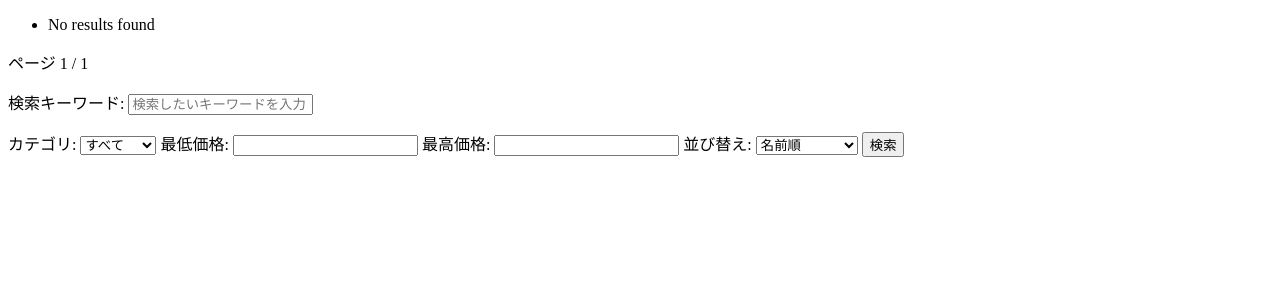
Repository: mamesuke7274/2024_kouki_kuwayamasyoutarou
Page: http://localhost/
These files come from the project's save history. The page is drawn as it stood at one moment and after a run of saves; the edit follows.
The browser window is 1280 px wide. The pictures show the whole page.
The page is served by the project's application, run on Django 4.2 (manage.py). Queries for data that is not in the repository find no rows.

Above is the page before, as saved 2024-10-16 16:44:48.

After the next 2 saves:
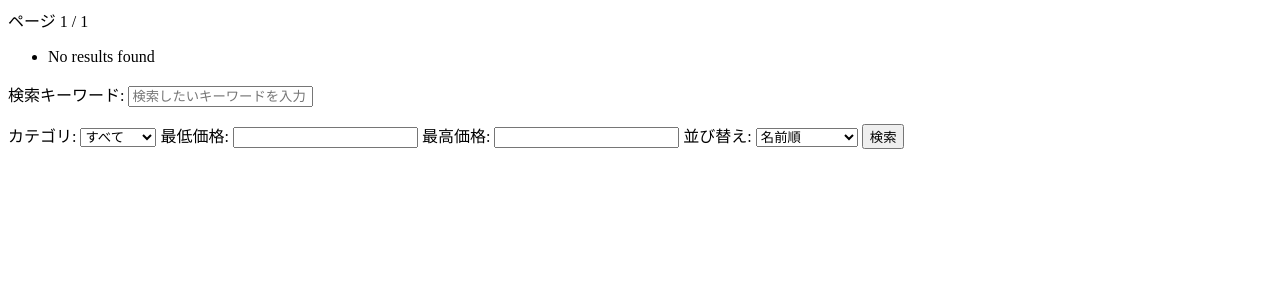
The 2 saves are shown as one change because they came seconds apart.
The last was saved 2 days later.
--- a/search_app/templates/search.html
+++ b/search_app/templates/search.html
@@ -8,14 +8,6 @@
 </head>
 
 <body>
-    <ul>
-        {% for product in page_obj %}
-        <li>{{ product.name }} - {{ product.price }}</li>
-        {% empty %}
-        <li>No results found</li>
-        {% endfor %}
-    </ul>
-
     <div class="pagination">
         <span class="step-links">
             {% if page_obj.has_previous %}
@@ -32,6 +24,15 @@
             {% endif %}
         </span>
     </div>
+    <ul>
+        {% for product in page_obj %}
+        <li>{{ product.name }} - {{ product.price }}</li>
+        {% empty %}
+        <li>No results found</li>
+        {% endfor %}
+    </ul>
+
+
     <form method="get">
         {{ form.as_p }}
         <label for="category">カテゴリ:</label>
